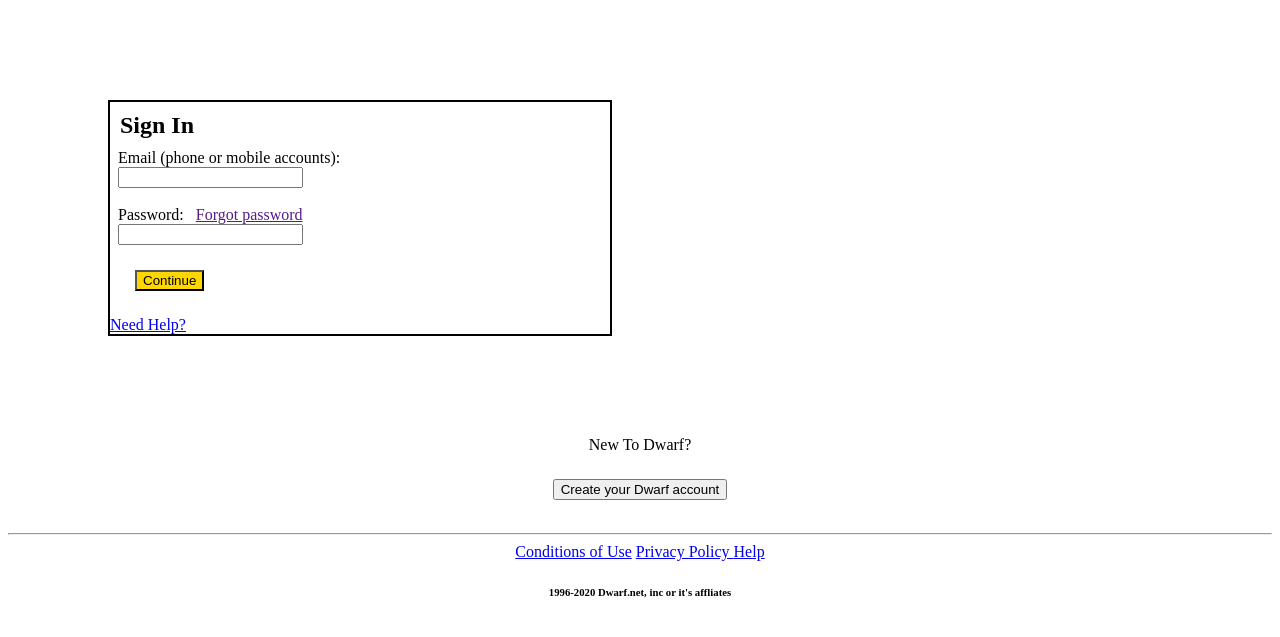
Repository: brittmarie333/replica
Page: index.html
These files come from the project's save history. The page is drawn as it stood at one moment and after a run of saves; the edit follows.
The browser window is 1280 px wide. The pictures show the whole page.

Above is the page before, as saved 2024-06-09 14:16:29.

### index.html
<!DOCTYPE html>
<html lang="en">
<head>
    <meta charset="UTF-8">
    <meta name="viewport" content="width=device-width, initial-scale=1.0">
    <link rel="stylesheet" href="index.css">
    <title>Log In</title>
</head>
<body>

    <form action="/data.php">
        <h2>Sign In</h2>
        <label for="username">&ensp;Email (phone or mobile accounts):</label><br>
        &ensp;<input type="text" id="fname" name="fname"><br>
        <br>
        <label for="pword">&ensp;Password: </label> &ensp;<text align="right"><a href="">Forgot password</a></text><br>
        &ensp;<input type="text" id="lname" name="lname" ><br>
        <button style= "background-color: gold";
        <button>Continue</button>
        <br>
        <a href="http">Need Help?</a>
      </form>




      New To Dwarf?
      <br>
      <button id="create">Create your Dwarf account</button>
      <br>
      <hr>
      <a href="http"> Conditions of Use</a>
      <a href="http"> Privacy Policy </a>
      <a href="http"> Help </a>
      <br>
      <h6> 1996-2020 Dwarf.net, inc or it's affliates</h6>


</body>
</html>

### index.css
h2  {
    text-align: left;
    margin: 10px;
}

body {
    text-align: center;
    align-items: center;
}
form{
    text-align:justify;
    border: 2px solid;
    border color: light grey;
    margin: 100px;
    width: 500px;

}
button{
    text-align: center;
    align-items: center;
    margin: 25px;

}

After the next 3 saves:
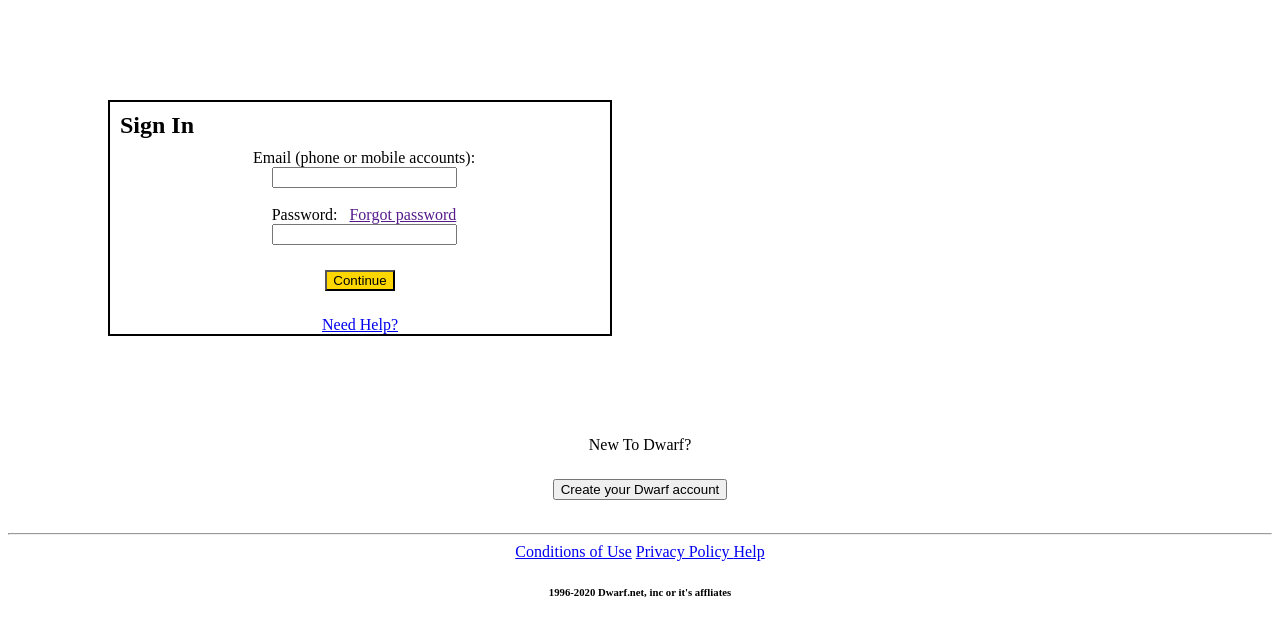
The 3 saves are shown as one change because they came seconds apart.
The last was saved 29 s later.
--- a/index.css
+++ b/index.css
@@ -8,6 +8,7 @@
     align-items: center;
 }
 form{
+    conten
     text-align:justify;
     border: 2px solid;
     border color: light grey;

After the 2 saves that followed:
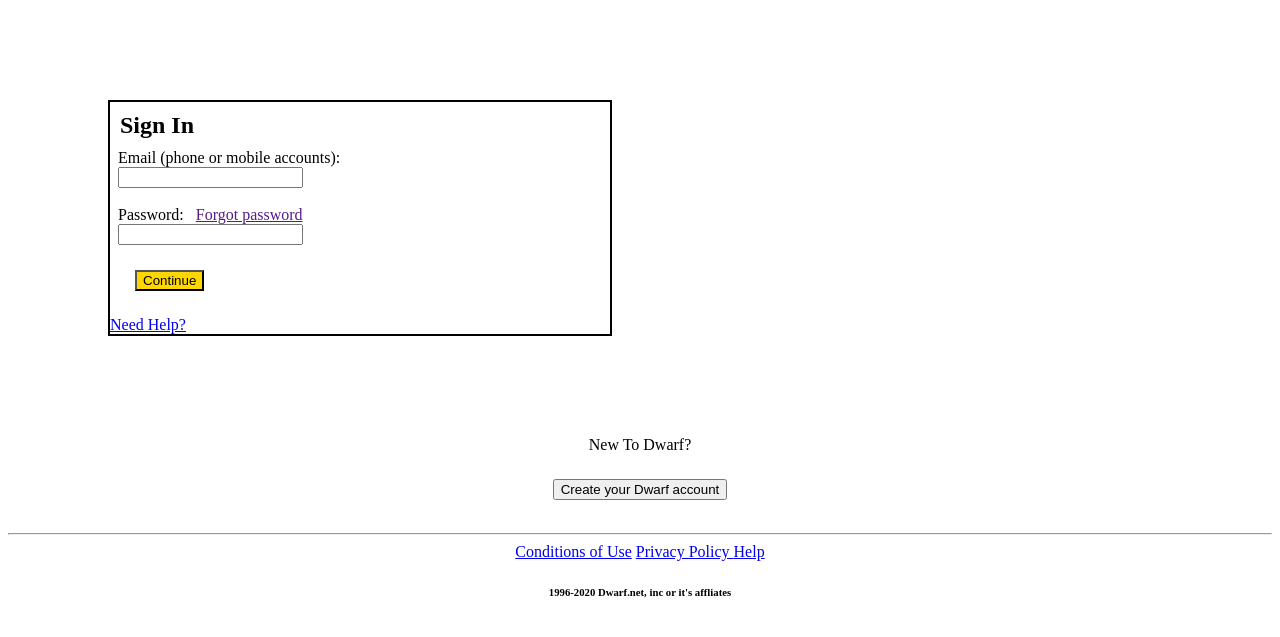
The 2 saves are shown as one change because they came seconds apart.
The last was saved 6 s later.
--- a/index.css
+++ b/index.css
@@ -8,7 +8,7 @@
     align-items: center;
 }
 form{
-    conten
+    content: center;
     text-align:justify;
     border: 2px solid;
     border color: light grey;
